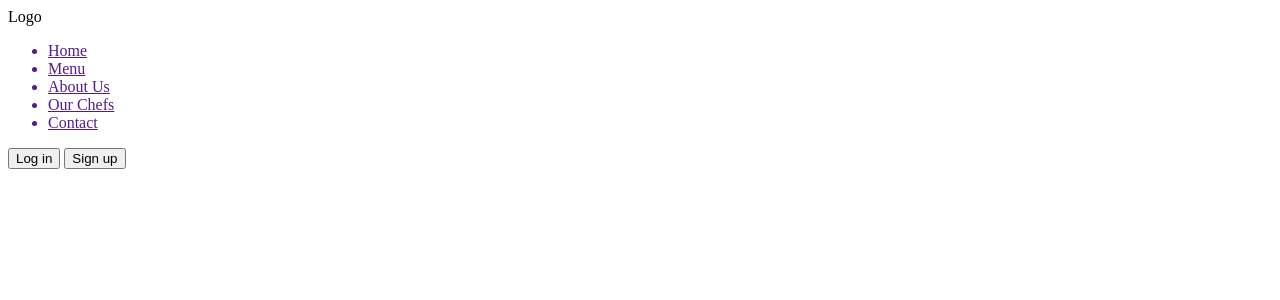
Repository: ThisIsSahaj/NSP
Page: about.html
An editor plug-in stored every save of this project. The page is shown before and after the next save, followed by the edit.
The browser window is 1280 px wide. The pictures show the whole page.

Above is the page before, as saved 2023-12-26 22:00:55.

After the next save:
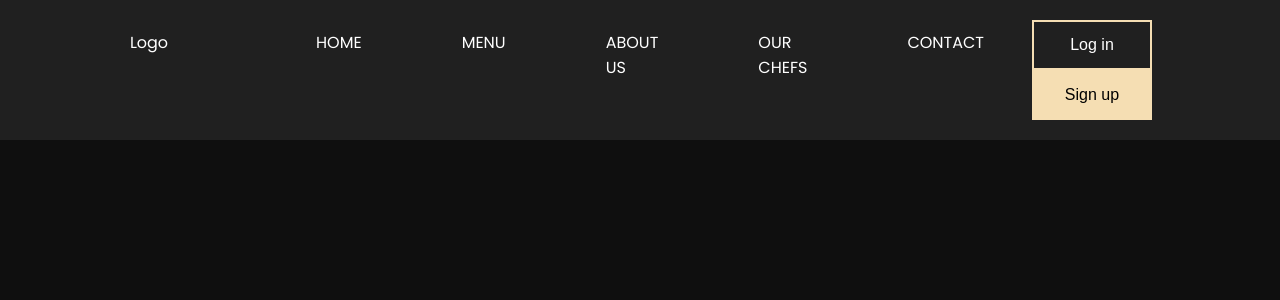
Saved 20 s later.
--- a/about.html
+++ b/about.html
@@ -5,6 +5,7 @@
     <meta http-equiv="X-UA-Compatible" content="IE=edge">
     <meta name="viewport" content="width=device-width, initial-scale=1.0">
     <title>About Us</title>
+    <link rel="stylesheet" href="style.css">
 </head>
 <body>
     <header>
